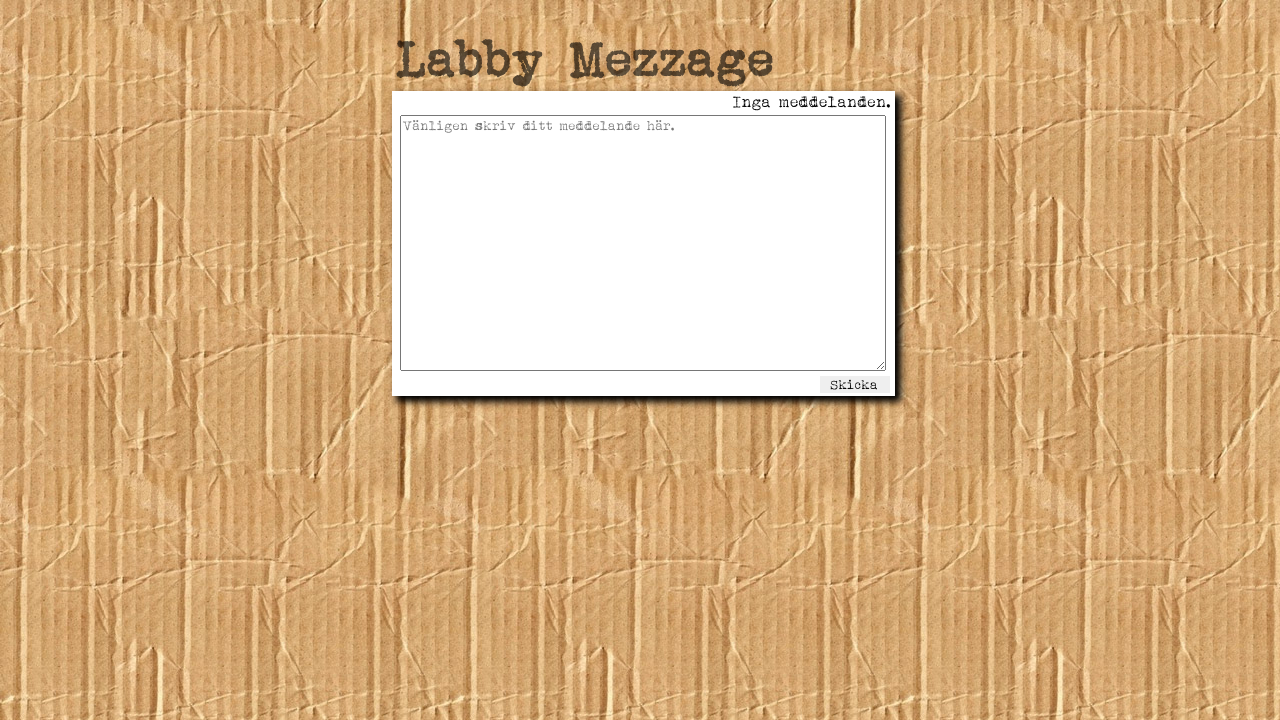
Repository: mw222rs/1dv403-laborationer
Page: 2-labbymezzage/index.html
The author's editor kept a record of every edit. The page is drawn from the files as they stood at one moment, then again after the next edit.
The browser window is 1280 px wide. The pictures show the whole page.

Above is the page before.

### 2-labbymezzage/index.html
<!DOCTYPE html>
<html lang="sv">
<head>
	<meta charset="UTF-8" />
	<link rel="stylesheet" type="text/css" href="css/style.css" media="screen, projection, handheld">
	<title>Labby Mezzage</title>
	<script src="script/main.js"></script>
	<script src="script/message.js"></script>
</head>
    <body>
        <div id="page">
            <h1>Labby Mezzage</h1>
            <div id="messageArea">
            </div><!-- /end #messageArea tag -->

            <div id="inputArea">
                <p id="counter">Inga meddelanden.</p>
                <form>
         			<textarea name="text" placeholder="Vänligen skriv ditt meddelande här." id="textArea"></textarea><input id="send" type="submit" value="Skicka" />
         			<p id="value"></p>
        		</form>
            </div><!-- /end #inputArea tag -->
        </div><!-- /end #page tag -->
    </body>
</html>

### 2-labbymezzage/css/style.css
/* Start CSS-Reset */

/* http://meyerweb.com/eric/tools/css/reset/
   v2.0 | 20110126
   License: none (public domain)
*/

html, div, span, applet, object, iframe,
h2, h3, h4, h5, h6, p, blockquote, pre, abbr, acronym, address, big, cite, code,
del, dfn, em, img, ins, kbd, q, s, samp,
small, strike, strong, sub, sup, tt, var,
b, u, i, center,
dl, dt, dd, ol, ul, li,
fieldset, form, label, legend,
table, caption, tbody, tfoot, thead, tr, th, td,
article, aside, canvas, details, embed,
figure, figcaption, footer, header, hgroup,
menu, nav, output, ruby, section, summary,
time, mark, audio, video {
	margin: 0;
	padding: 0;
	border: 0;
	font-size: 100%;
	font: inherit;
	vertical-align: baseline;
}
/* HTML5 display-role reset for older browsers */
article, aside, details, figcaption, figure,
footer, header, hgroup, menu, nav, section {
	display: block;
}
body {
	line-height: 1;
}
ol, ul {
	list-style: none;
}
blockquote, q {
	quotes: none;
}
blockquote:before, blockquote:after,
q:before, q:after {
	content: '';
	content: none;
}
table {
	border-collapse: collapse;
	border-spacing: 0;
}

/* End of CSS-Reset */

@font-face {
    font-family: typewriter;
    src: url( 'Albertsthal_Typewriter.ttf' );
}
body {
	font-family: typewriter;
    background: #DBDBD6;
	background-image: url(10.jpg);
    padding: 0px;
}
h1 {
	color: rgba(0, 0, 0, 0.6);
    font-family: typewriter;
    font-size: 50px;
    padding-left: 5px;
    margin-bottom: 0;
}
#page {
	margin: 20px auto 20px;
	width: 497px;
}
.messageBread {
	font-family: typewriter;
	background: #FFF;
	width: 100%;
	margin-top: 7px;
	padding: 3px;
	box-shadow: 5px 5px 7px 1px #000;
}
.messageBread p {
	padding: 3px;
}
.messageBread .date {
	font-family: typewriter;
	background: none;
	margin-top: 0;
	padding: 0;
	box-shadow: none;
	text-align: right;
	font-size: small;
}
.messageBread a, .messageBread a:hover, .messageBread a:visited, .messageBread a:active{
	color: #000;
	text-decoration: none;
	float: right;
	font-size: smaller;
	font-weight: bold;
	padding-left: 3px;
}

#inputArea {
	background: #FFF;
	width: 100%;
	margin-top: 7px;
	padding: 3px;
	box-shadow: 5px 5px 7px 1px #000;
}
#counter {
	text-align: right;
	font-family: typewriter;
}
textarea {
	font-family: typewriter;
	display: block;
	margin: 5px auto;
	width: 480px;
	height: 250px;
}
input[type="submit"] {
	border: 0;
	font-family: typewriter;
	margin-left: 425px;
	width: 70px;
}

### 2-labbymezzage/script/main.js
"use strict";

var labbyMezzage = {

    messages: [],
    init:function()
    {

	var input = document.querySelector("#textArea");　// Find the textarea-node.
	var submit = document.querySelector("#send"); // Find the submit-button.

	input.onkeypress = function(e){
	    var key = e.keyCode;

	    if (e.shiftKey === false && key === 13) {
	        e.preventDefault();
	        labbyMezzage.createMessage(input.value);
	    }
	}

	submit.onclick = function(e){ // When the button is clicked...
	    e.preventDefault();

	    labbyMezzage.createMessage(input.value); // Create a new message with the text from the textarea.
	    }


	},

    createMessage: function(input) // Creates a new message-object.
    {
        if (input === "") {
            document.querySelector("#counter").innerHTML = "FEL! Du kan inte posta ett tomt meddelande!";
        }
        else {
            var createdMessage = new Message(input, new Date());
            labbyMezzage.messages.push(createdMessage); // Pushes the object into the messages-array.
            labbyMezzage.renderMessages(); // Renders the messages.
	        return false;
        }

    },
    renderMessage: function(messageId){ // Render a single message.

        var div = document.querySelector("#messageArea"); // Find the #messageArea div-tag.

        var div2 = document.createElement("div"); // Create a new div-tag...
        div2.classList.add("messageBread"); // ...and give it hte class .messageBread

        // Creates an a-tag with an onclick function for deleting the message.
        var removeLink = document.createElement("a");
        removeLink.setAttribute("href", "#");
        removeLink.classList.add("remove");
        removeLink.innerHTML = "X";
        removeLink.onclick = function(){
            if (window.confirm("Vill du verkligen radera meddelandet?")) {
                labbyMezzage.removeMessage(messageId);
            }
        }
        div2.appendChild(removeLink);

	    // Creates an a-tag with an onclick function for alerting the exact date of when the message was written.
	    var alertLink = document.createElement("a");
	    alertLink.setAttribute("href", "#");
	    alertLink.classList.add("alertDate");
	    alertLink.innerHTML = "?";
	    alertLink.onclick = function(){
	        alert(labbyMezzage.messages[messageId].getDate());
	    }
	    div2.appendChild(alertLink);

        // Creates a p-tag and injects the message text into it.
        var messageText = document.createElement("p");
        messageText.innerHTML = labbyMezzage.messages[messageId].getHTMLText();
        div2.appendChild(messageText);

        // Creates a p-tag with the class .date and injects the date formatted YYYY-DD-MM.
        var dateP = document.createElement("p");
        dateP.classList.add("date");
        dateP.innerHTML = labbyMezzage.messages[messageId].getSmallDate();
        div2.appendChild(dateP);

	    div.appendChild(div2);
    },
    renderMessages: function(){

        document.getElementById("messageArea").innerHTML = ""; // Empties the #messageArea-div.

        // Cycles through the messages-array, calling the renderMessage-function on each object.
        labbyMezzage.messages.forEach(function(value, id){
		    labbyMezzage.renderMessage(id);
		});

		// Updates the counter with the length of the messages-array.
		document.querySelector("#counter").innerHTML = "Antal meddelanden: "+labbyMezzage.messages.length;
		document.getElementById("textArea").value = "";

    },
    removeMessage: function(removeID){ // Removes the message.
	    labbyMezzage.messages.splice(removeID, 1);
        labbyMezzage.renderMessages();
    }
};
window.onload = labbyMezzage.init;

### 2-labbymezzage/script/message.js
"use strict";

function Message(message, date){

    this._text = message;

    this._date = date;

    this.getText = function(){
        return message;
    }

    this.setText = function(_text){
        message = _text;
    }

    this.getSmallDate = function(){
            return date.getFullYear()+"-"+(date.getMonth()+1)+"-"+date.getDate();
    }

    this.getDate = function(){
            return "Inlägget skapades "+date.toLocaleString();

    }

    this.setDate = function(_date){
        date = _date;
    }
}


Message.prototype.toString = function(){
    return this.getText()+" ("+this.getDate()+") ";
};

Message.prototype.getHTMLText = function(){
    return this.getText().replace(/(\n)/g, "<br>");
};

After the next edit:
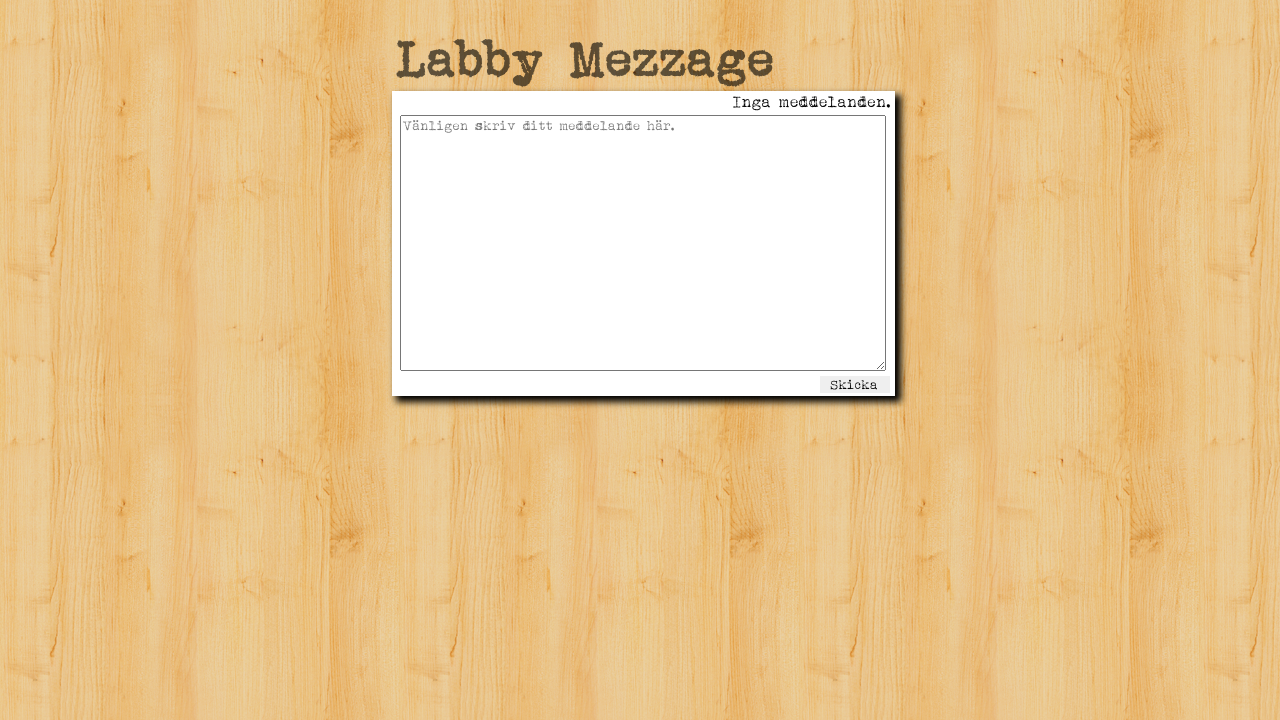
The edit:
--- a/2-labbymezzage/css/style.css
+++ b/2-labbymezzage/css/style.css
@@ -57,7 +57,7 @@
 body {
 	font-family: typewriter;
     background: #DBDBD6;
-	background-image: url(10.jpg);
+	background-image: url("purty_wood.png");
     padding: 0px;
 }
 h1 {
